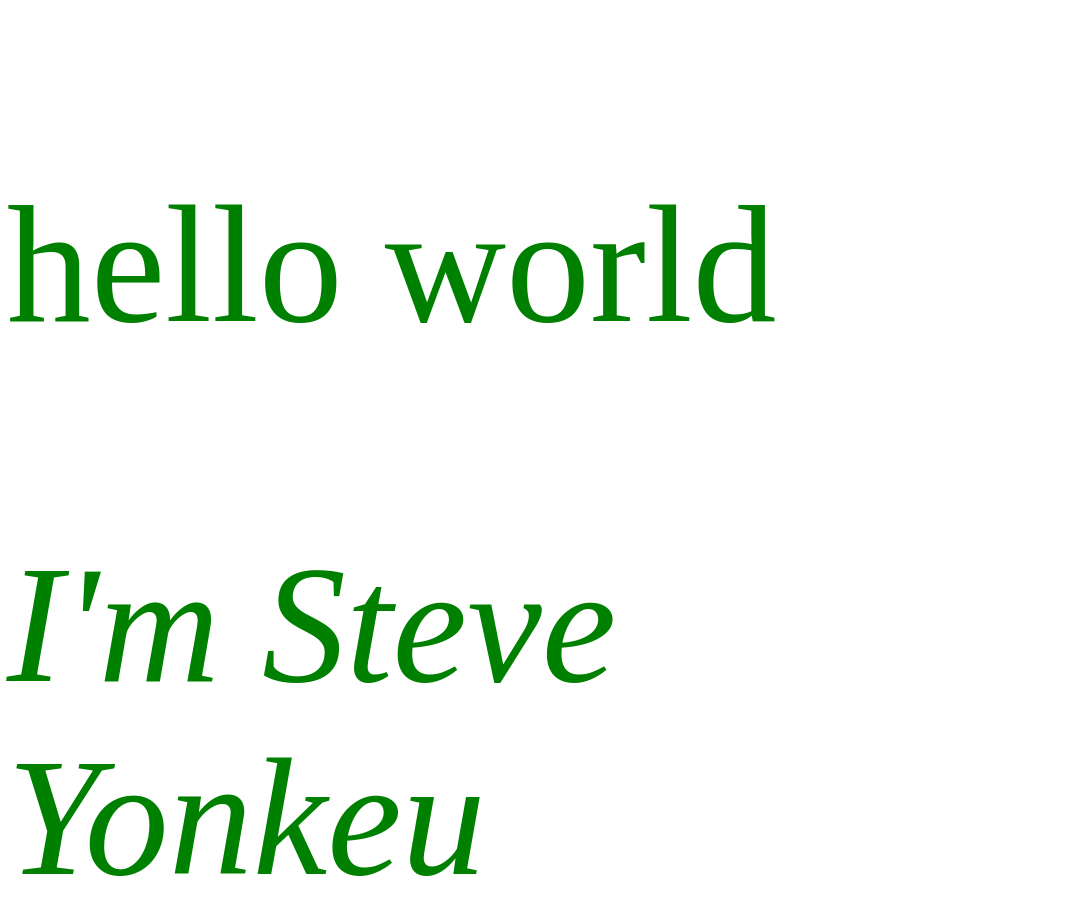
Repository: yokwejuste/TrailTraining
Page: http://localhost//
The author's editor kept a copy of each file at every save. The page is drawn from the files as they stood at one save, then again after a run of saves.
The browser window is 1280 px wide. The pictures show the whole page, at 84% of full size.
The page is served by the project's application, run on Django 2.2 (manage.py).

Above is the page before, as saved 2022-05-11 16:13:48.

After the next 3 saves:
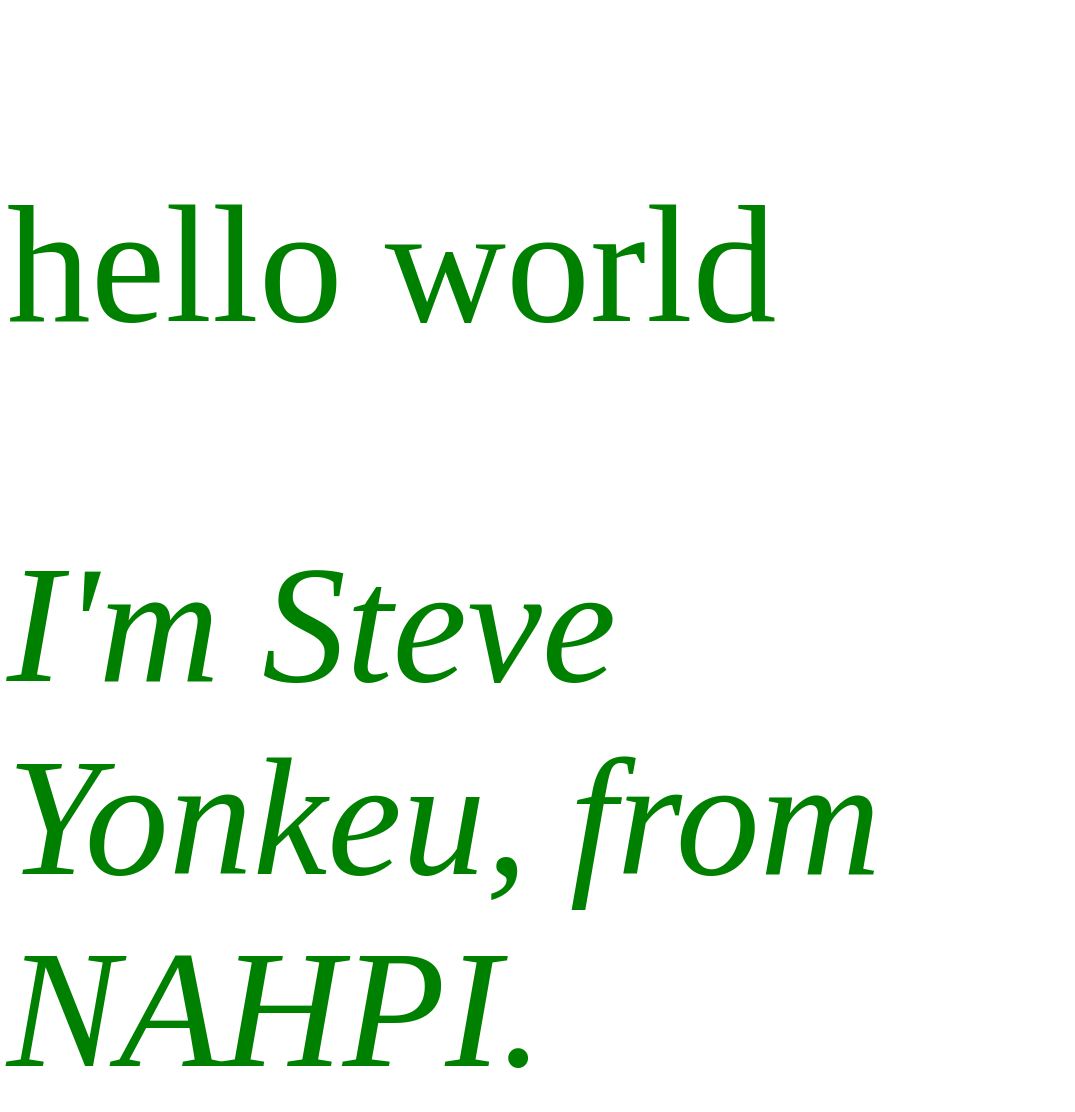
The 3 saves are shown as one change because they came seconds apart.
The last was saved 11 s later.
--- a/MusicStoreApp/templates/index.html
+++ b/MusicStoreApp/templates/index.html
@@ -10,6 +10,6 @@
 </head>
 <body>
     <p>hello world</p>
-    <i>I'm Steve Yonkeu</i>
+    <i>I'm Steve Yonkeu, from NAHPI.</i>
 </body>
 </html>
